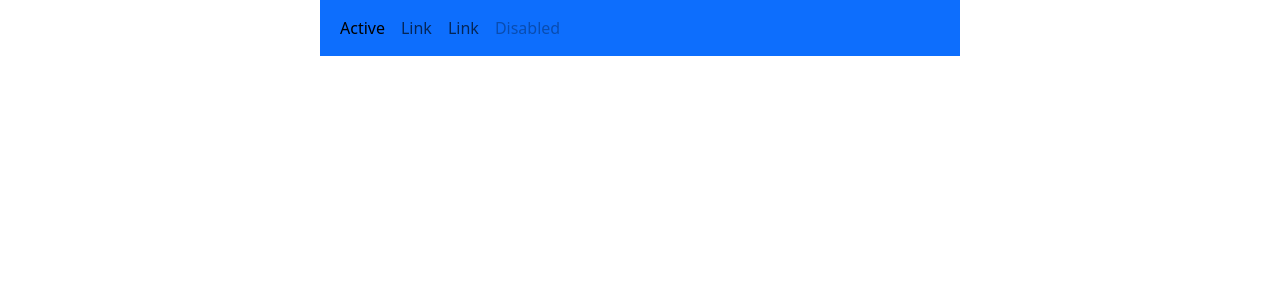
Repository: SKB-TECH/MinProject
Page: IHM/index.html
The author's editor kept a copy of each file at every save. The page is drawn from the files as they stood at one save, then again after the next save.
The browser window is 1280 px wide. The pictures show the whole page.
Some web libraries are served in a nearby version.

Above is the page before, as saved 2022-09-29 14:46:26.

### IHM/index.html
<!DOCTYPE html>
<html lang="en">
<head>
    <meta charset="UTF-8">
    <meta http-equiv="X-UA-Compatible" content="IE=edge">
    <meta name="viewport" content="width=device-width, initial-scale=1.0">
    <link rel="stylesheet" href="../node_modules/bootstrap/dist/css/bootstrap.min.css">
    <title>NoteApp</title>
</head>
<body>
    <div style="width:50%; margin: auto;">
        <header>
            <nav class="navbar navbar-expand-sm bg-primary navbar-light">
                <div class="container-fluid">
                  <ul class="navbar-nav">
                    <li class="nav-item">
                      <a class="nav-link active" href="#">Active</a>
                    </li>
                   <li class="nav-item">
                      <a class="nav-link" href="#">Link</a>
                    </li>
                    <li class="nav-item">
                      <a class="nav-link" href="#">Link</a>
                    </li>
                    <li class="nav-item">
                      <a class="nav-link disabled" href="#">Disabled</a>
                    </li>
                  </ul>
                </div>
              </nav>
        </header>
    </div>
</body>
</html>

After the next save:
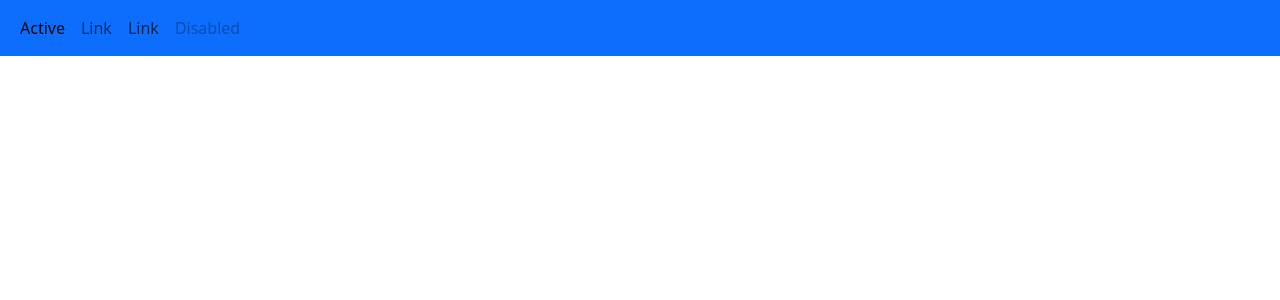
Saved 8 s later.
--- a/IHM/index.html
+++ b/IHM/index.html
@@ -8,7 +8,6 @@
     <title>NoteApp</title>
 </head>
 <body>
-    <div style="width:50%; margin: auto;">
         <header>
             <nav class="navbar navbar-expand-sm bg-primary navbar-light">
                 <div class="container-fluid">
